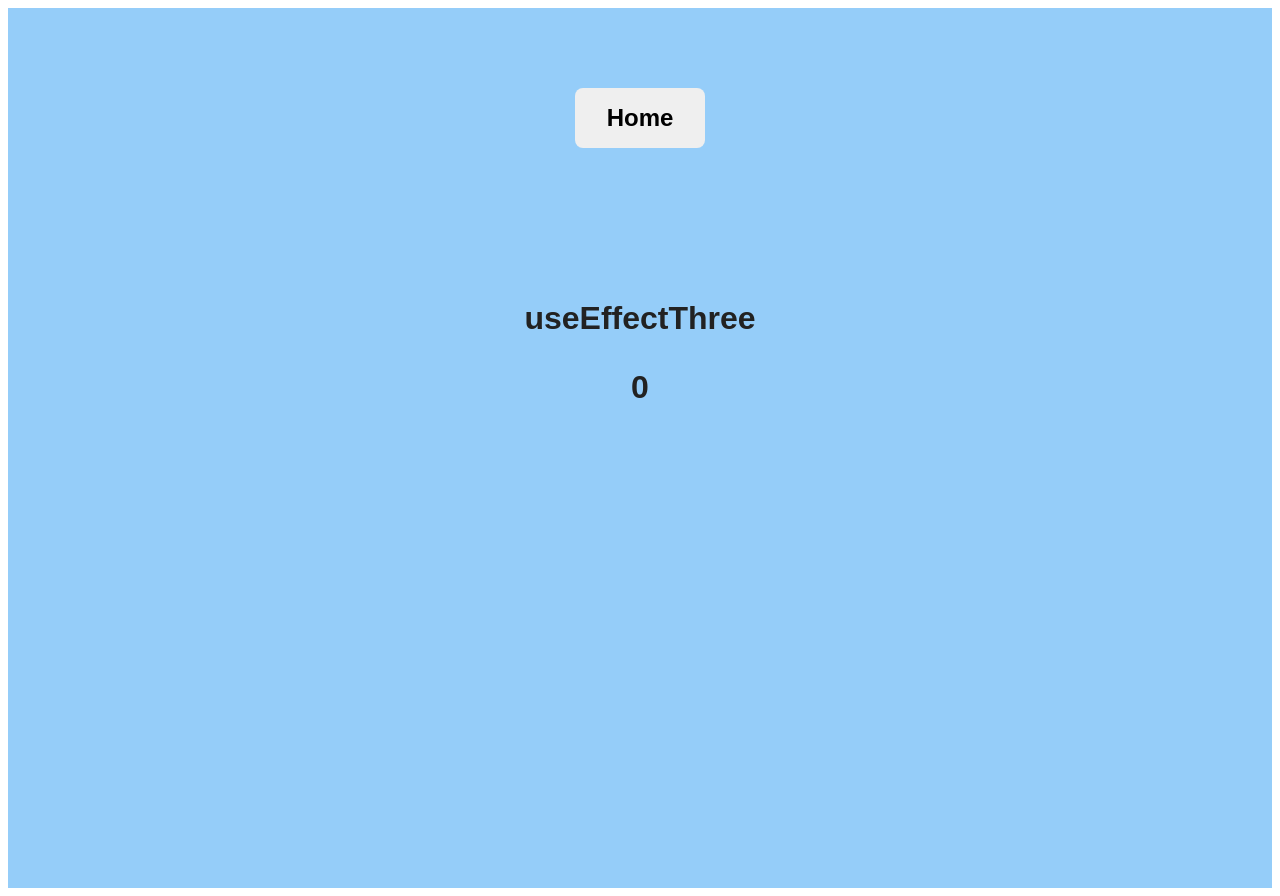
Repository: giovanabirck/class8
Page: /useEffectThree
The author's editor kept a copy of each file at every save. The page is drawn from the files as they stood at one save, then again after the next save.
The browser window is 1280 px wide. The pictures show the whole page.
The project was rebuilt for these pictures with package versions that can differ from the ones it lists, and the page was loaded fresh each time. The framework's server and built-in components were replaced by stand-ins that run in the browser. Also part of the build but not shown: next.config.js.

Above is the page before, as saved 2023-02-23 18:11:35.

After the next save:
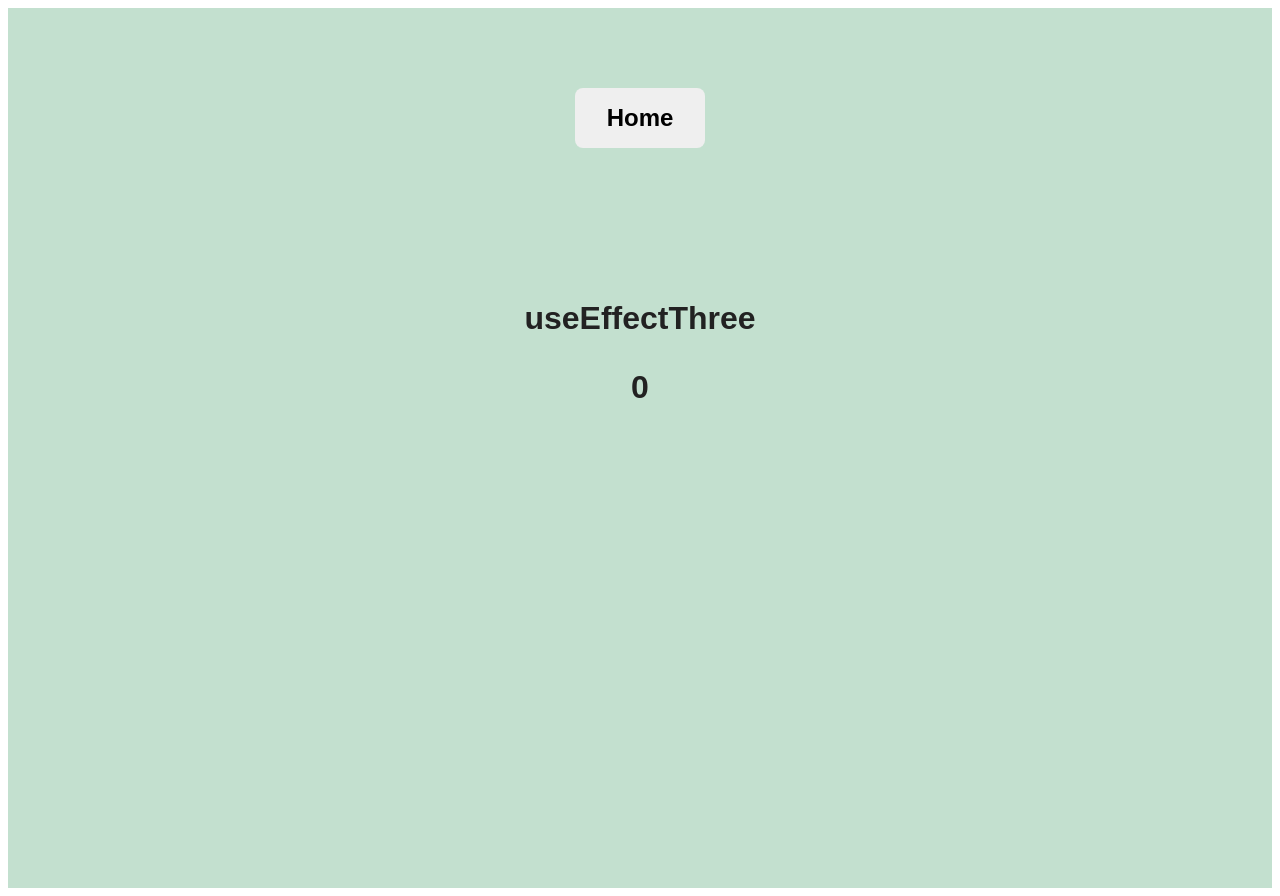
Saved 6 s later.
--- a/styles/UseEffectThree.module.css
+++ b/styles/UseEffectThree.module.css
@@ -6,7 +6,7 @@
     height: 100vh;
     font-family: Arial, Helvetica, sans-serif;
     color: var(--black);
-    background-color: var(--blue);
+    background-color: var(--green);
   }
 
   .btn {
